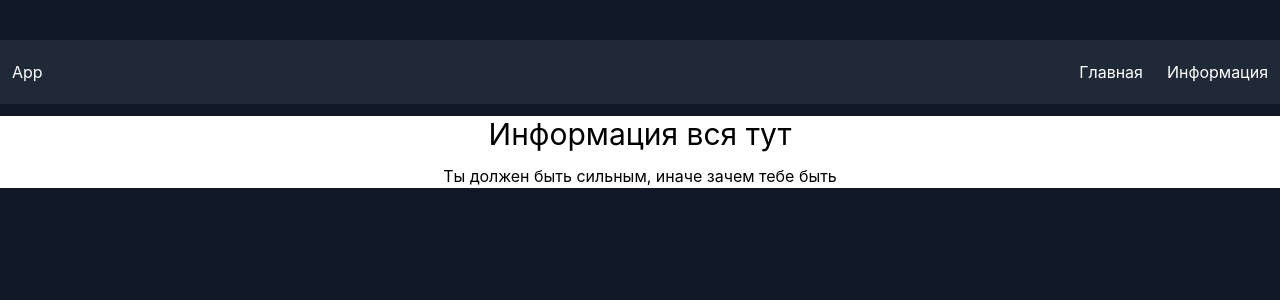
Repository: VachArt/react-exam-work
Page: /about
An editor plug-in stored every save of this project. The page is shown before and after the next save, followed by the edit.
The browser window is 1280 px wide. The pictures show the whole page.
The project was rebuilt for these pictures with package versions that can differ from the ones it lists, and the page was loaded fresh each time. Also part of the build but not shown: src/components/pages/Home/item/Check.jsx, src/components/pages/Home/item/TodoItem.jsx, src/components/pages/Home/create-todo-field/CreateTodoField.jsx, src/components/pages/Home/Home.jsx.

Above is the page before, as saved 2022-04-27 23:47:46.

### src/App.jsx
import React from 'react'
import {BrowserRouter, Route, Routes} from 'react-router-dom'
import { Navbar } from './components/pages/Home/Navbar'
import { Home } from './components/pages/Home/Home'
import { About } from './components/pages/About/About'
import Layout from './components/layout/Layout'





function App() {
    return (
            <Layout>
                <BrowserRouter>
                    <Navbar />
                        <div>
                            <Routes>
                                <Route path='/' exact element={<Home />} />
                                <Route path='/about' element={<About />} />
                            </Routes>
                        </div>
                </BrowserRouter>
            </Layout>
    )
}

export default App;

### src/components/pages/Home/Navbar.jsx
import React from 'react'
import {NavLink} from 'react-router-dom'

export const Navbar = () => (
    <nav className='bg-gray-800 flex items-center justify-between h-16 text-white'>
        <div className='navbar-brand p-3 hover:text-pink-400'>
            App
        </div>
        <ul className="flex items-center justify-between">
            <li className="px-3 hover:text-pink-400">
                <NavLink
                    to="/"
                    exact
                >
                    Главная
                </NavLink>
            </li>
            <li className="px-3 hover:text-pink-400">
                <NavLink
                    to="/about"
                >
                    Информация
                </NavLink>
            </li>
        </ul>
    </nav>
)

### src/components/pages/About/About.jsx
import React from "react"

export const About = () => (
    <div className="bg-white">
        <div className="text-center">
            <h1 className="text-3xl my-3">Информация вся тут</h1>
            <p className="">Ты должен быть сильным, иначе зачем тебе быть</p>
        </div>
    </div>
)

### src/components/layout/Layout.jsx
import React from 'react'

const Layout = ({ children }) => {
    return <div className='py-10 bg-gray-900 h-screen'>{children}</div>
}

export default Layout

Loaded but not shown: public/index.html (common file); src/index.jsx (common file); src/index.css (common file); tailwind.config.js (common file)

After the next save:
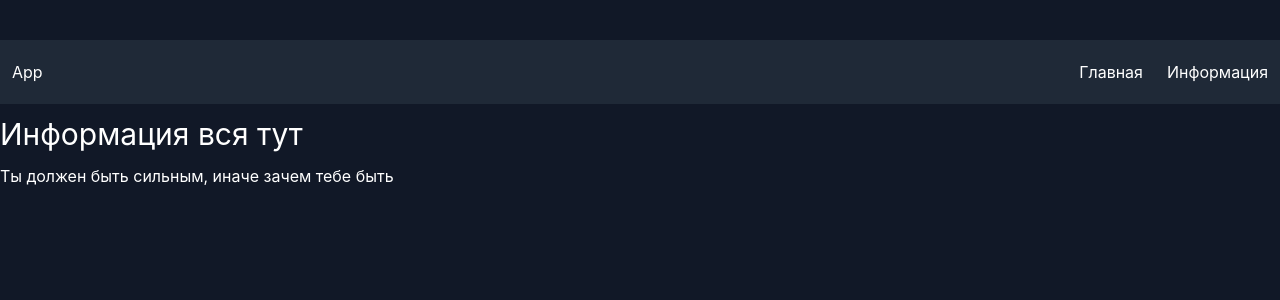
Saved 51 s later.
--- a/src/components/pages/About/About.jsx
+++ b/src/components/pages/About/About.jsx
@@ -1,8 +1,8 @@
 import React from "react"
 
 export const About = () => (
-    <div className="bg-white">
-        <div className="text-center">
+    <div>
+        <div className="text-white">
             <h1 className="text-3xl my-3">Информация вся тут</h1>
             <p className="">Ты должен быть сильным, иначе зачем тебе быть</p>
         </div>
